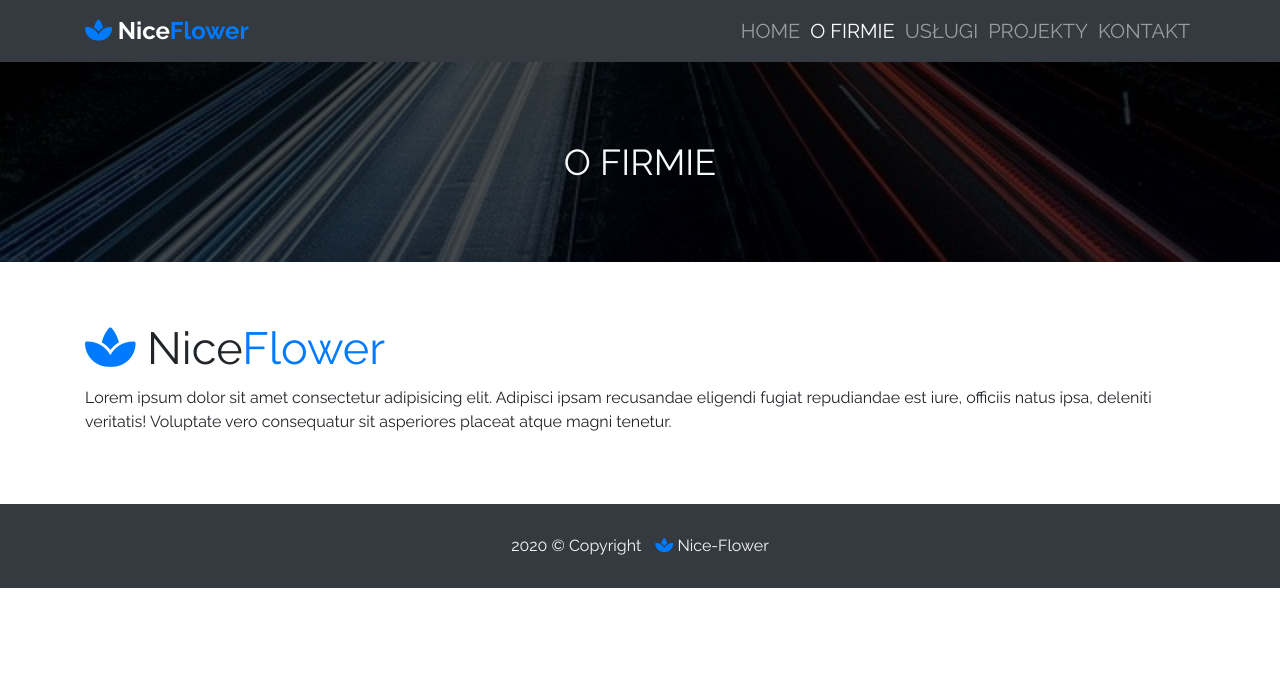
Repository: KrzysKolo/Projekt-13_Kwiaciarnia
Page: abouteus.html
These files come from the project's save history. The page is drawn as it stood at one moment and after the next save; the edit follows.
The browser window is 1280 px wide. The pictures show the whole page.
Some web libraries are served in a nearby version.

Above is the page before, as saved 2020-08-10 03:21:03.

### abouteus.html
<!DOCTYPE html>
<html lang="pl">
  <head>
    <meta charset="UTF-8" />
    <meta name="viewport" content="width=device-width, initial-scale=1.0" />
    <title>Nice-Flower</title>
    <script
      src="https://kit.fontawesome.com/21efeaf281.js"
      crossorigin="anonymous"
    ></script>

    <link
      rel="stylesheet"
      href="https://stackpath.bootstrapcdn.com/bootstrap/4.5.0/css/bootstrap.min.css"
      integrity="sha384-9aIt2nRpC12Uk9gS9baDl411NQApFmC26EwAOH8WgZl5MYYxFfc+NcPb1dKGj7Sk"
      crossorigin="anonymous"
    />
    <link
      href="https://fonts.googleapis.com/css2?family=Raleway:wght@400;700&display=swap"
      rel="stylesheet"
    />
    <link rel="stylesheet" href="style.css" />
  </head>
  <body>
    <nav class="navbar navbar-expand-lg navbar-dark bg-dark py-3">
      <div class="container">
        <a class="navbar-brand" href="#"
          ><i class="fas fa-spa text-primary"></i> Nice<span
            class="text-primary"
            >Flower</span
          ></a
        >
        <button
          class="navbar-toggler border-0"
          type="button"
          data-toggle="collapse"
          data-target="#navbarNavAltMarkup"
          aria-controls="navbarNavAltMarkup"
          aria-expanded="false"
          aria-label="Toggle navigation"
        >
          <i class="fas fa-bars px-4"></i>
        </button>
        <div class="collapse navbar-collapse" id="navbarNavAltMarkup">
          <div class="navbar-nav ml-auto">
            <a class="nav-link" href="index.html">Home </a>
            <a class="nav-link active" href="#"
              >O firmie<span class="sr-only">(current)</span></a
            >
            <a class="nav-link" href="services.html">Usługi</a>
            <a class="nav-link" href="projects.html">Projekty</a>
            <a class="nav-link" href="contact.html">Kontakt</a>
          </div>
        </div>
      </div>
    </nav>

    <!-- MAIN -->
    <main>
      <section class="top-hero aboutus-hero">
        <div class="hero-shadow"></div>
        <p class="top-hero-text text-light">O firmie</p>
      </section>
      <section class="aboutus-top p-5">
        <div class="row">
          <div class="container py-5">
            <p class="display-3">
              <i class="fas fa-spa text-primary"></i> Nice<span
                class="text-primary"
                >Flower</span
              >
            </p>
            <p>
              Lorem ipsum dolor sit amet consectetur adipisicing elit. Adipisci
              ipsam recusandae eligendi fugiat repudiandae est iure, officiis
              natus ipsa, deleniti veritatis! Voluptate vero consequatur sit
              asperiores placeat atque magni tenetur.
            </p>
          </div>
        </div>
      </section>
    </main>
    <footer class="bg-dark text-light">
      <p class="py-5 px-3 mb-0 text-center">
        2020 &copy; Copyright
        <i class="ml-3 fas fa-spa text-primary"></i> Nice-Flower
      </p>
    </footer>
    <script
      src="https://code.jquery.com/jquery-3.5.1.slim.min.js"
      integrity="sha384-DfXdz2htPH0lsSSs5nCTpuj/zy4C+OGpamoFVy38MVBnE+IbbVYUew+OrCXaRkfj"
      crossorigin="anonymous"
    ></script>
    <script
      src="https://cdn.jsdelivr.net/npm/popper.js@1.16.0/dist/umd/popper.min.js"
      integrity="sha384-Q6E9RHvbIyZFJoft+2mJbHaEWldlvI9IOYy5n3zV9zzTtmI3UksdQRVvoxMfooAo"
      crossorigin="anonymous"
    ></script>
    <script
      src="https://stackpath.bootstrapcdn.com/bootstrap/4.5.0/js/bootstrap.min.js"
      integrity="sha384-OgVRvuATP1z7JjHLkuOU7Xw704+h835Lr+6QL9UvYjZE3Ipu6Tp75j7Bh/kR0JKI"
      crossorigin="anonymous"
    ></script>
  </body>
</html>

### style.css
* {
  box-sizing: border-box;
  margin: 0;
  padding: 0;
}
html {
  font-size: 62.5%;
}
body {
  font-family: "Raleway", sans-serif;
  font-size: 1.6rem;
}
.hero-shadow {
  position: absolute;
  top: 0;
  width: 100%;
  height: 100%;
  background-color: rgba(0, 0, 0, 0.7);
  z-index: -1;
}
.additional-text {
  font-size: 1.8rem;
}
.top-hero {
  position: relative;
  height: 20rem;
  background-size: cover;
  z-index: 0;
}
.top-hero-text {
  display: flex;
  justify-content: center;
  align-items: center;
  height: 100%;
  font-size: 3.6rem;
  text-transform: uppercase;
}
/* ----------- */
/*  nawigacja  */
/* ----------- */
nav {
  font-size: 2rem;
  text-transform: uppercase;
}
.navbar-toggler {
  font-size: 3rem;
}
.navbar-brand {
  font-size: 2.4rem;
  font-weight: bold;
  text-transform: none;
}
/* ----------- */
/*    header   */
/* ----------- */
header {
  font-size: 2rem;
}
.carousel-item {
  position: relative;
  height: 400px;
  background-position: center;
  background-size: cover;
  z-index: 0;
}
.carousel-img-one {
  background-image: url("./img/b1m.jpg");
}
.carousel-img-two {
  background-image: url("./img/b2m.jpg");
}
.carousel-img-three {
  background-image: url("./img/b4m.jpg");
}
/* ----------- */
/*     main    */
/* ----------- */
.home-boxes {
  padding: 5rem 0;
}
.home-box i {
  font-size: 4rem;
}
.home-box h3 {
  font-size: 2.6rem;
}
/* ----------- */
.home-passion {
  position: relative;
  height: 350px;
  background-image: url("./img/b8m.jpg");
  background-position: center;
  background-size: cover;
  z-index: 0;
}
/* ----------- */
.home-brand h3 {
  font-size: 3rem;
  font-weight: bold;
}
/* ----------- */
/*   aboutus   */
/* ----------- */
.aboutus-hero {
  background-image: url("./img/obrazek1.jpg");
  background-position: bottom;
}
/* ----------- */
/*    footer   */
/* ----------- */
footer {
  font-size: 1.6rem;
}
@media (min-width: 1400px) {
  .carousel-item {
    height: 600px;
  }
  .carousel-img-one {
    background-image: url("./img/b1.jpg");
  }
  .carousel-img-two {
    background-image: url("./img/b2.jpg");
  }
  .carousel-img-three {
    background-image: url("./img/b4.jpg");
  }
}

After the next save:
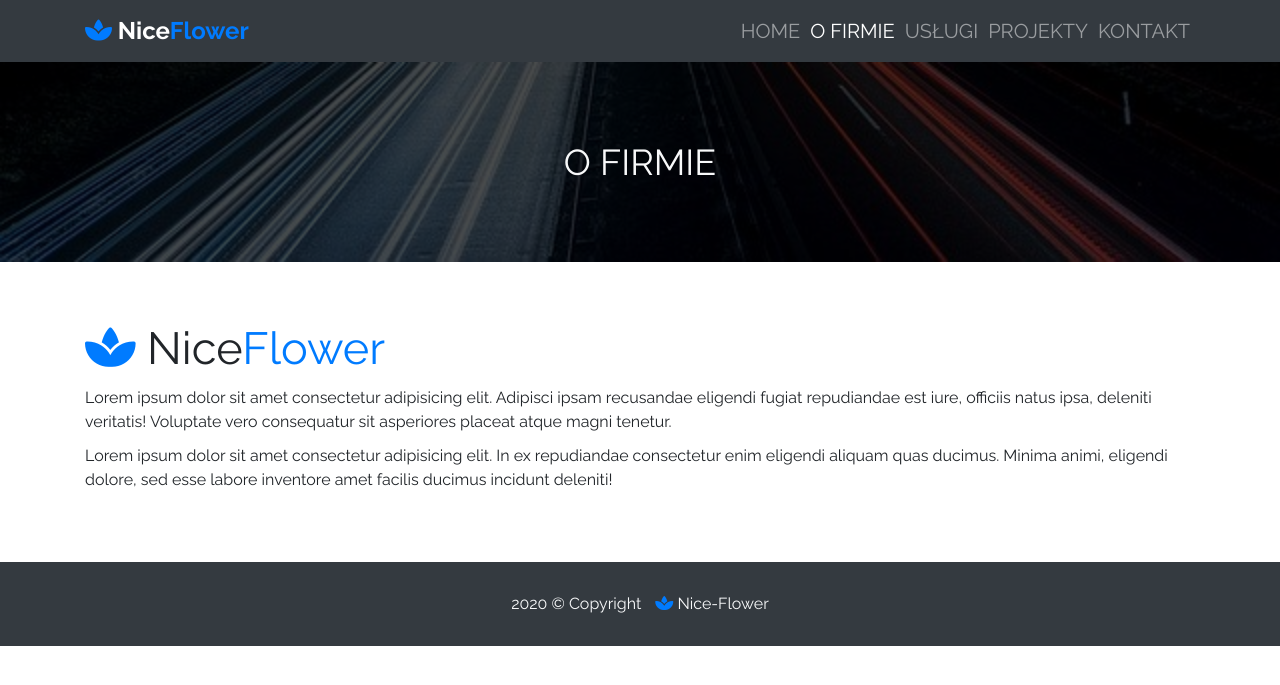
Saved 45 s later.
--- a/abouteus.html
+++ b/abouteus.html
@@ -76,6 +76,12 @@
               natus ipsa, deleniti veritatis! Voluptate vero consequatur sit
               asperiores placeat atque magni tenetur.
             </p>
+            <p>
+              Lorem ipsum dolor sit amet consectetur adipisicing elit. In ex
+              repudiandae consectetur enim eligendi aliquam quas ducimus. Minima
+              animi, eligendi dolore, sed esse labore inventore amet facilis
+              ducimus incidunt deleniti!
+            </p>
           </div>
         </div>
       </section>
